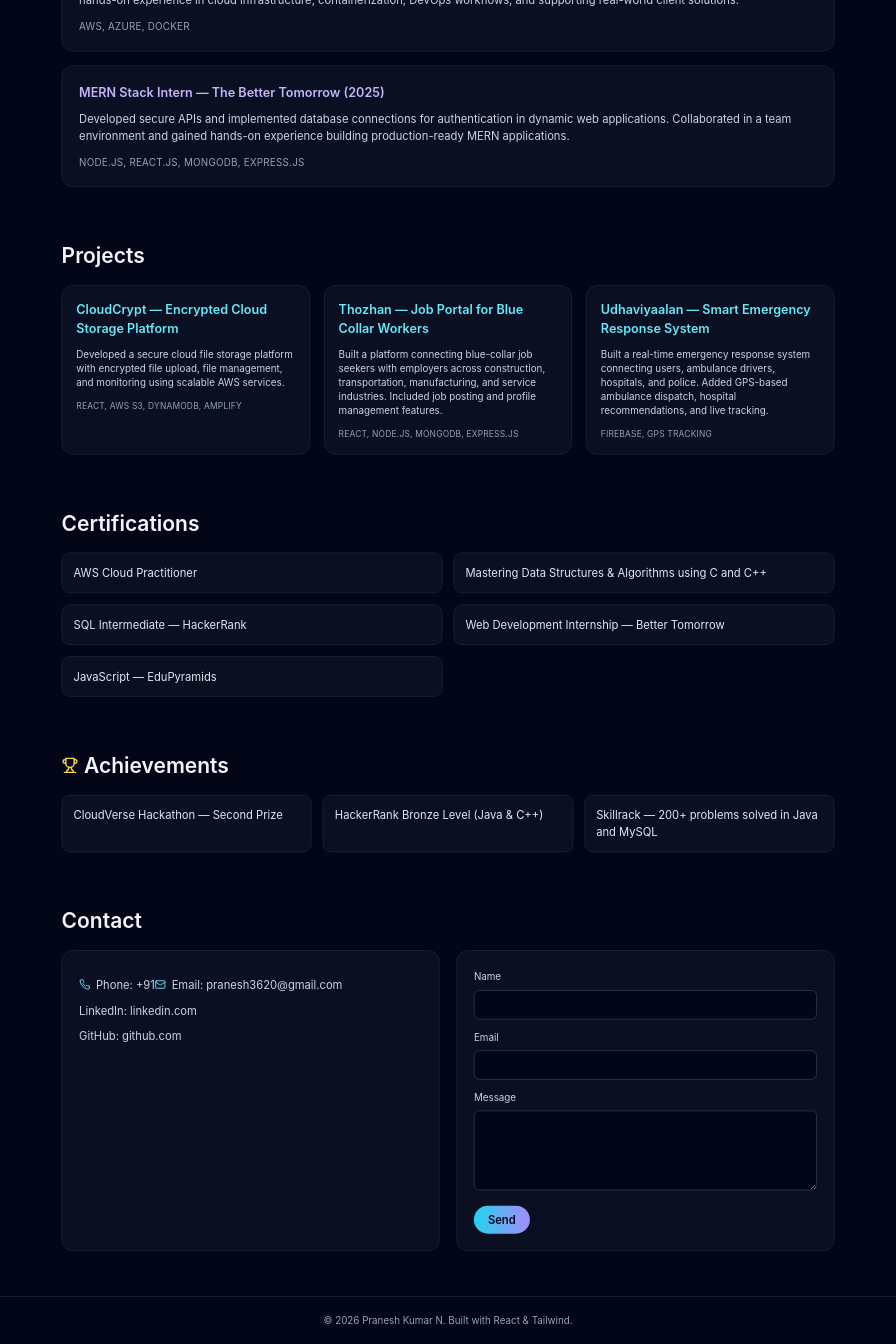
Repository: PRANEESSHHH/Portfolio
Page: /
An editor plug-in stored every save of this project. The page is shown before and after a run of saves, followed by the edit.
The browser window is 1280 px wide. The pictures show the part of the page from y = 1629 to 3549 px (the page is 3549 px tall), at 70% of full size.
The project was rebuilt for these pictures with package versions that can differ from the ones it lists, and the page was loaded fresh each time. Also part of the build but not shown: vite.config.ts. Imported but missing from the stored project, and not drawn on this page: resume/PRANESH KUMAR N RESUME .pdf.

Above is the page before, as saved 2026-05-28 15:40:04.

After the next 3 saves:
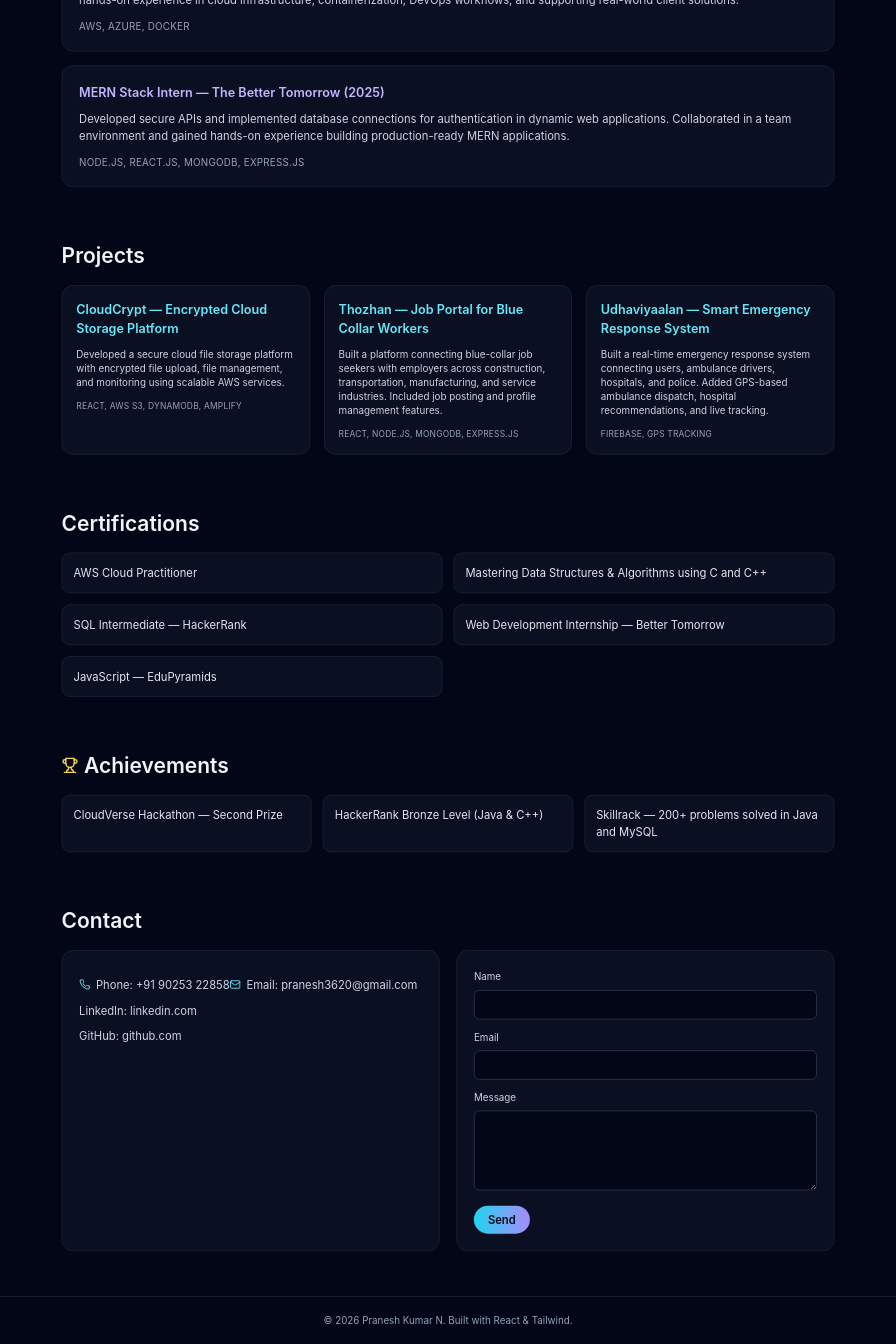
The 3 saves are shown as one change because they came seconds apart.
The last was saved 9 s later.
--- a/src/App.tsx
+++ b/src/App.tsx
@@ -389,7 +389,7 @@
         <div className="mt-6 grid gap-6 md:grid-cols-2">
           <div className="rounded-2xl border border-slate-800 bg-slate-900/60 p-6">
             <p className="inline-flex items-center gap-2 text-slate-300">
-              <Phone size={16} className="text-cyan-300" /> Phone: +91
+              <Phone size={16} className="text-cyan-300" /> Phone: +91 90253 22858
             </p>
             <p className="mt-3 inline-flex items-center gap-2 text-slate-300">
               <Mail size={16} className="text-cyan-300" /> Email: pranesh3620@gmail.com
